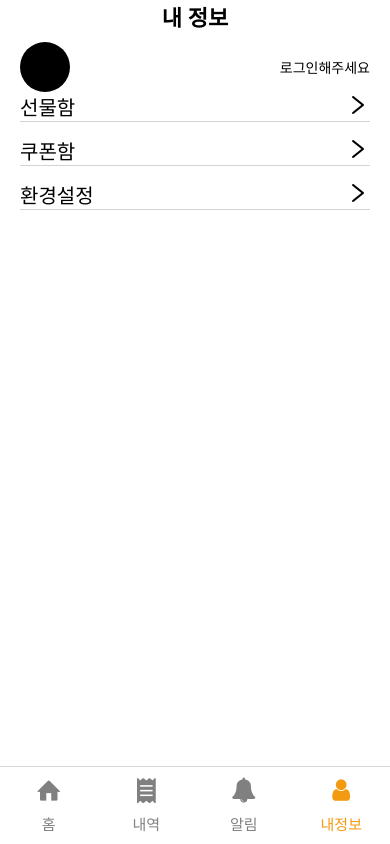
Repository: Unique0902/GachiDutch
Screen: /User
These files come from the project's save history. The screen is drawn as it stood at one moment and after a run of saves; the edit follows.
The app was drawn by React Native's web renderer in a window 390 px wide. The project was rebuilt for these pictures with package versions that can differ from the ones it lists, and the page was loaded fresh each time. Some packages were replaced by stand-ins written for this rebuild. Also part of the build but not shown: sources/components/lowBar/lowBar.jsx, sources/components/taxi/taxi.jsx, sources/components/alarm/alert.js, sources/components/alarm/alarm.jsx, sources/components/dutch_history/dutch_history.jsx, sources/components/dutchpay_historys/dutchpay_historys.jsx, sources/components/delivery_historys/delivery_historys.jsx, sources/components/taxi_historys/taxi_historys.jsx and 3 more.

Above is the screen before, as saved 2022-11-11 16:41:47.

After the next 2 saves:
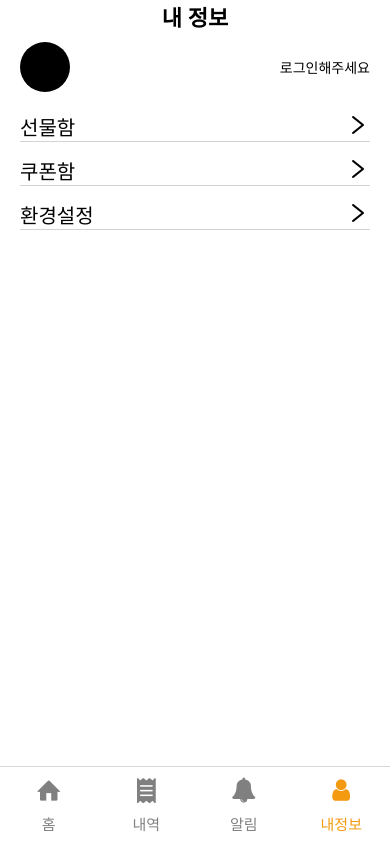
The 2 saves are shown as one change because they came seconds apart.
The last was saved 46 s later.
--- a/sources/components/user/user.jsx
+++ b/sources/components/user/user.jsx
@@ -81,7 +81,7 @@ export default function User({
         </Pressable> */}
       </View>
 
-      <ScrollView>
+      <View style={styles.menus}>
         {/* <Pressable style={styles.enterMenu}>
           <Text style={styles.menuText}>주문내역</Text>
           <AntDesign name='right' size={24} color='black' />
@@ -115,7 +115,7 @@ export default function User({
             </Text>
           </Pressable>
         )}
-      </ScrollView>
+      </View>
     </View>
     //내정보
   );
@@ -139,6 +139,9 @@ const styles = StyleSheet.create({
     borderBottomColor: 'lightgray',
     borderBottomWidth: 0.5,
     borderStyle: 'solid',
+  },
+  menus: {
+    marginTop: 20,
   },
   menuText: {
     fontSize: 20,
